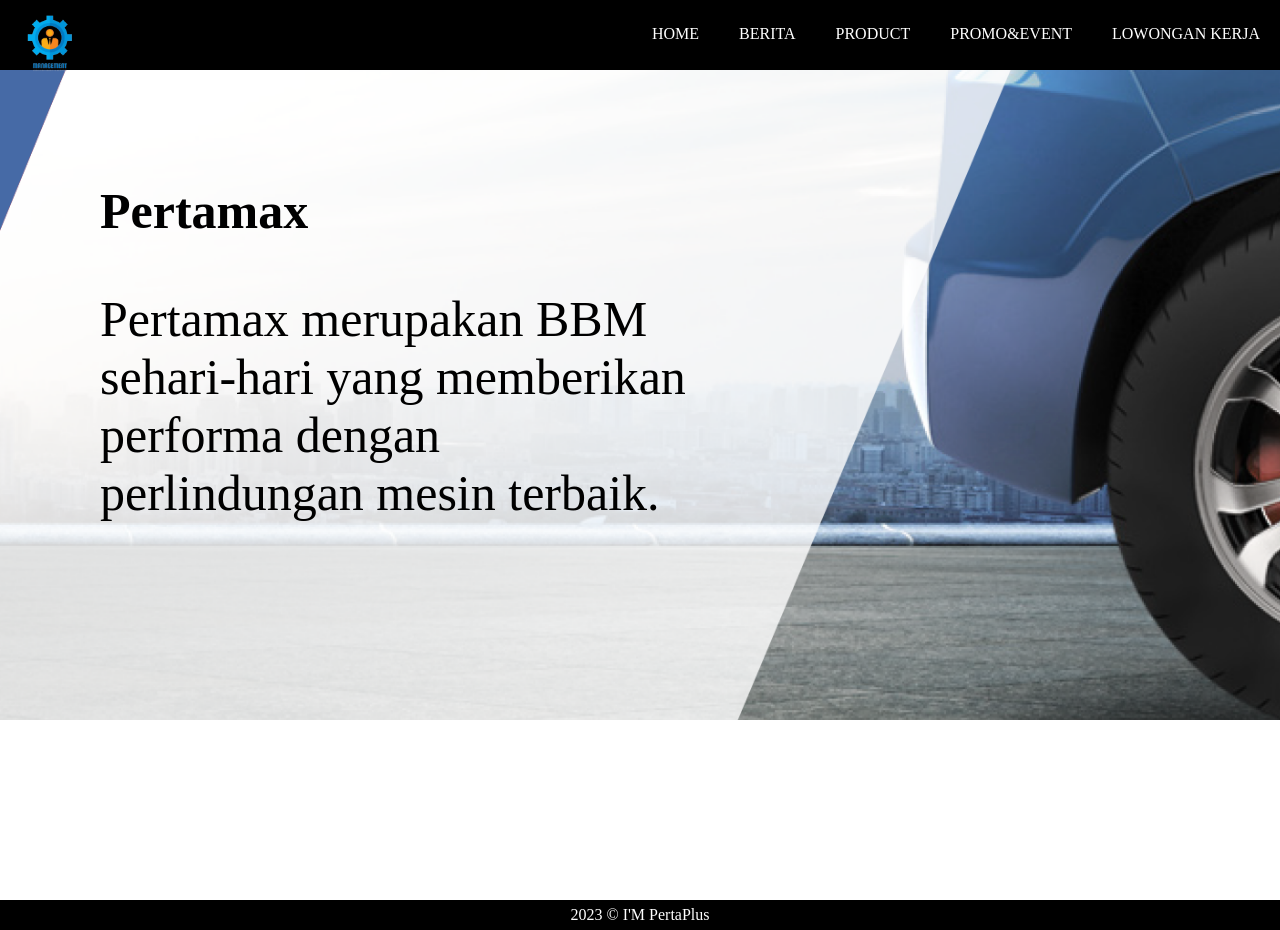
Repository: rizalardi34/project-mypertaplus
Page: pertamax.html
These files come from the project's save history. The page is drawn as it stood at one moment and after the next save; the edit follows.
The browser window is 1280 px wide. The pictures show the whole page.

Above is the page before, as saved 2023-04-25 13:09:17.

After the next save:
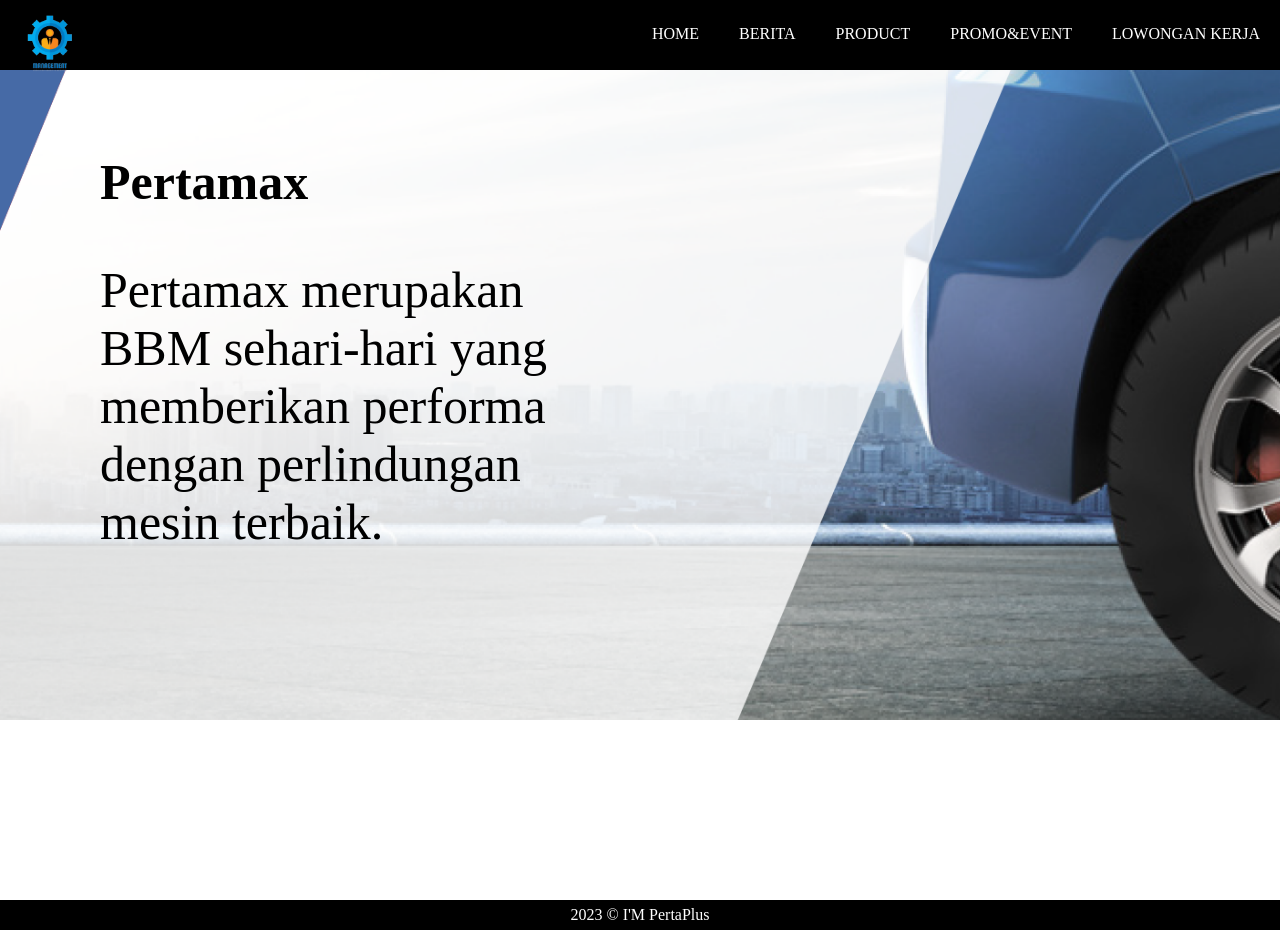
Saved 8 s later.
--- a/pertamax.html
+++ b/pertamax.html
@@ -20,7 +20,7 @@
             </div>
             <div style="background-image: url(Main.png); background-repeat: no-repeat; background-size: cover; height: 100%;width: 100%; display: flex; justify-content: center; align-items: center;">
                 <div style=" height: 100%; width: 100%; display: flex; justify-content: start; align-items: center; padding-left: 100px;">
-                    <div style="width: 50%;">
+                    <div style="width: 40%;">
                         <h1 style=" font-size: 50px; ">Pertamax</h1>
                         <p style=" font-size: 50px; ">Pertamax merupakan BBM sehari-hari yang memberikan performa dengan perlindungan mesin terbaik.</p>
                     </div>
